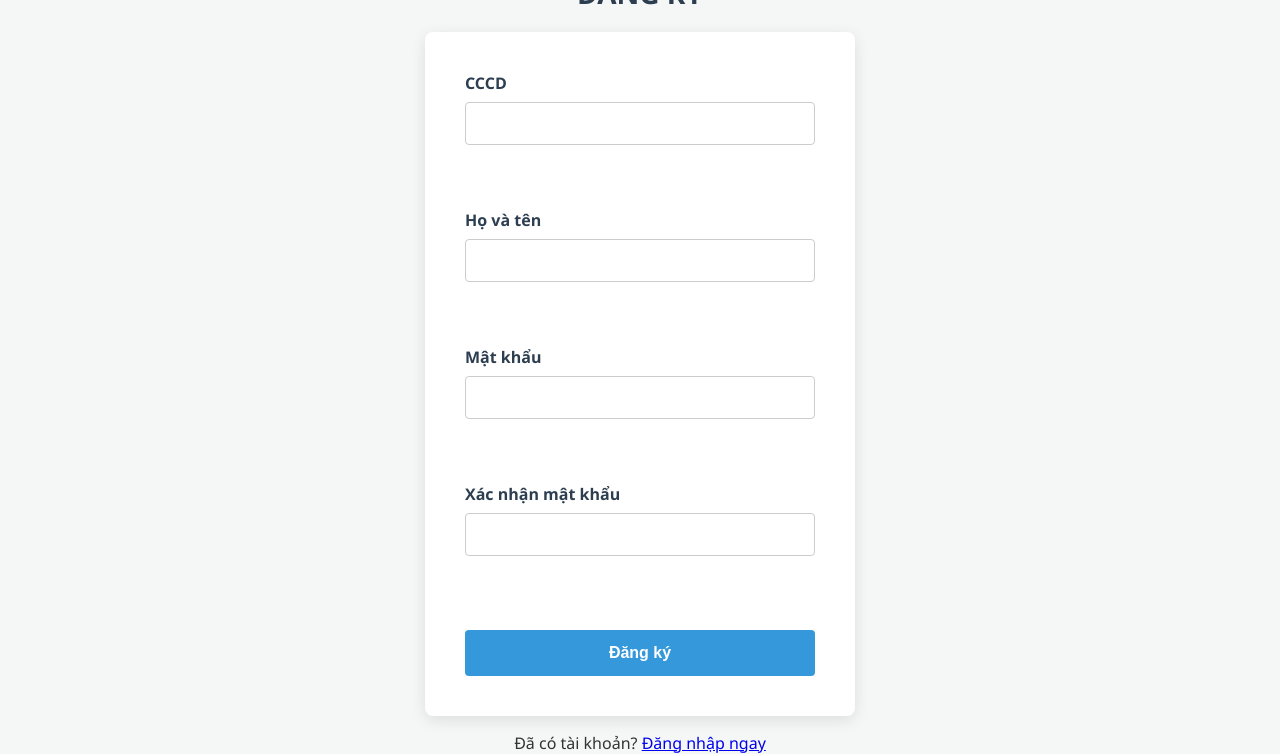
Repository: Chien02/SOAProjects
Page: http://localhost/QuanLyHangHoaWebClient/register.jsp
An editor plug-in stored every save of this project. The page is shown before and after the next save, followed by the edit.
The browser window is 1280 px wide. The pictures show the whole page.
The page is served by Tomcat 9. Nobody is signed in. The application's start-up code is not run.

Above is the page before, as saved 2026-03-23 17:57:05.

After the next save:
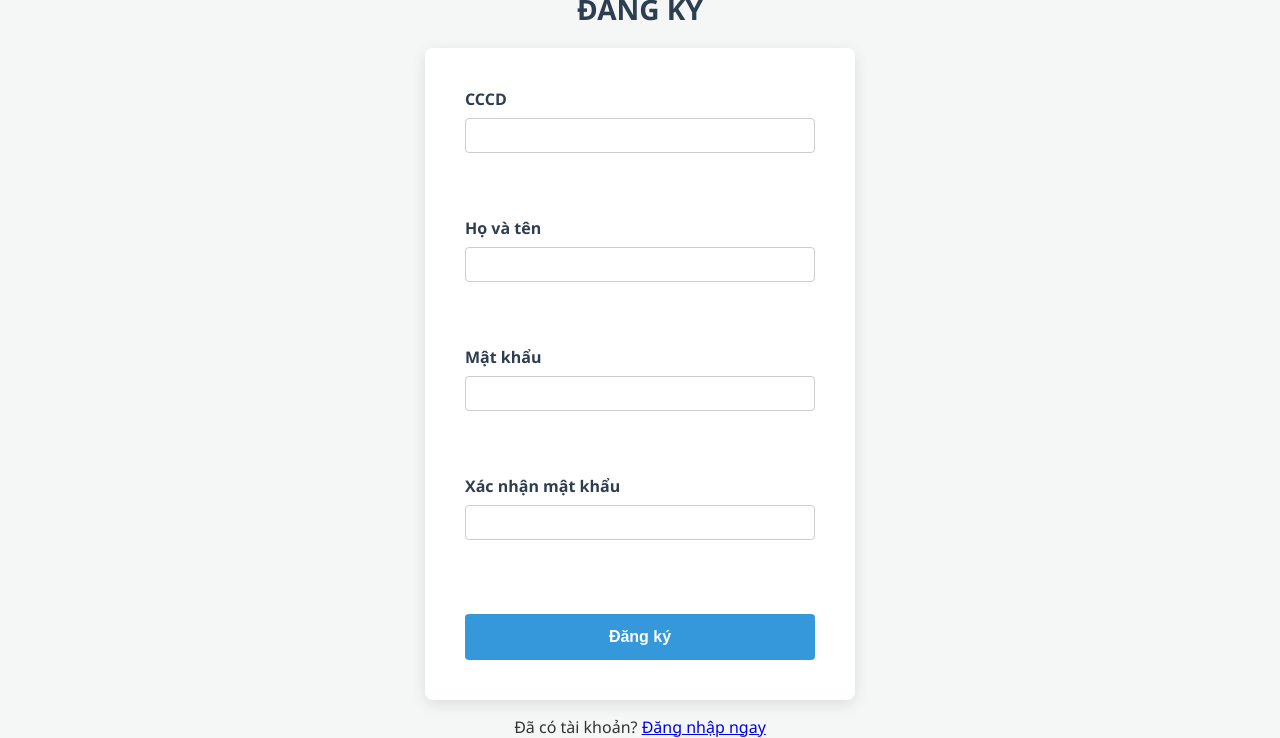
Saved 12 s later.
--- a/QuanLyHangHoaWebClient/WebContent/styles/login.css
+++ b/QuanLyHangHoaWebClient/WebContent/styles/login.css
@@ -44,7 +44,7 @@ form label {
 
 form input[type="text"],
 form input[type="password"] {
-    padding: 12px;
+    padding: 8px;
     border: 1px solid #ccc;
     border-radius: 4px;
     font-size: 15px;
